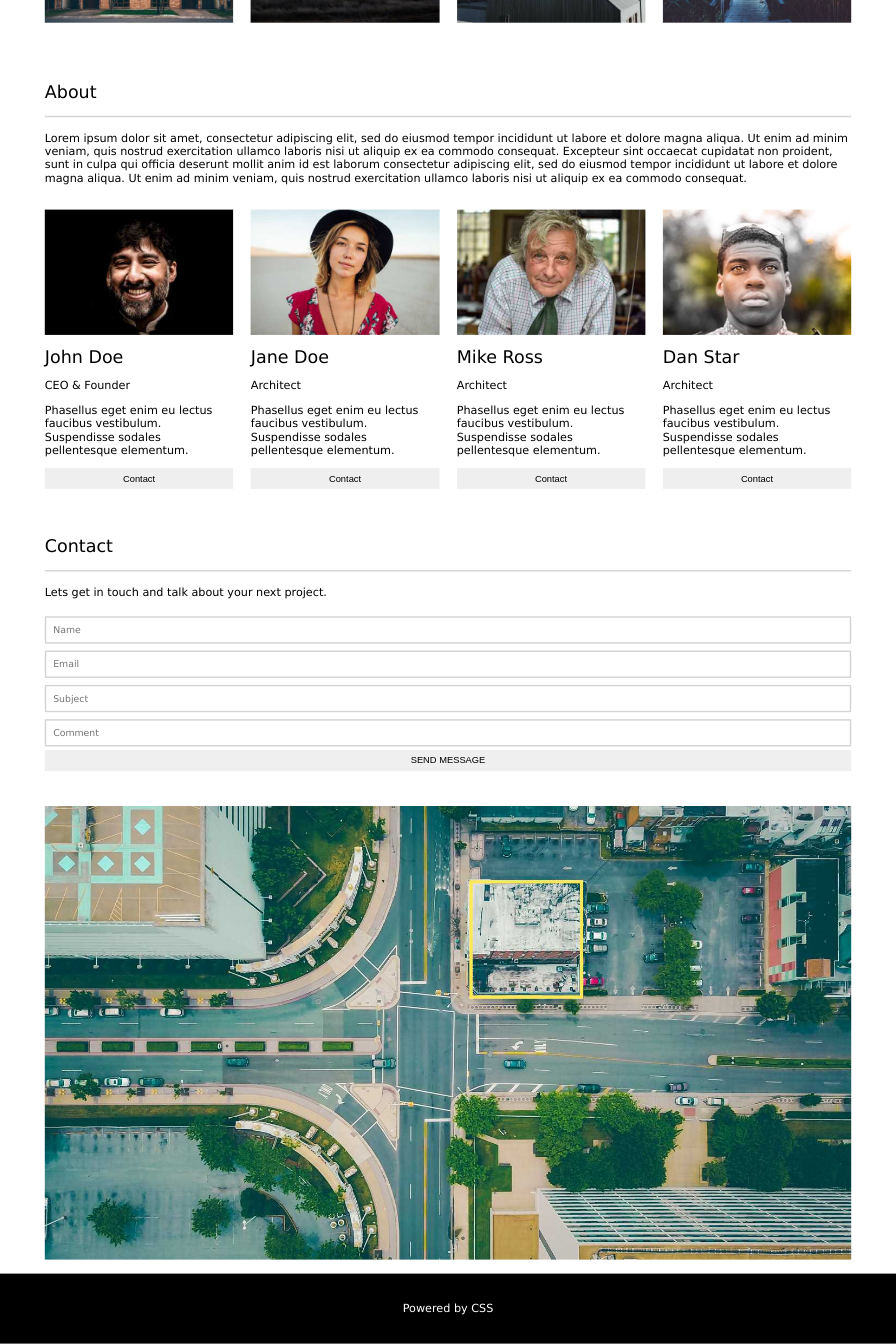
Repository: hesshess/clonecoding-assignment
Page: 2-ba-architects/template2.html
An editor plug-in stored every save of this project. The page is shown before and after the next save, followed by the edit.
The browser window is 1280 px wide. The pictures show the part of the page from y = 1138 to 3058 px (the page is 3058 px tall before and 3047 px after), at 70% of full size.

Above is the page before, as saved 2022-03-15 21:00:01.

After the next save:
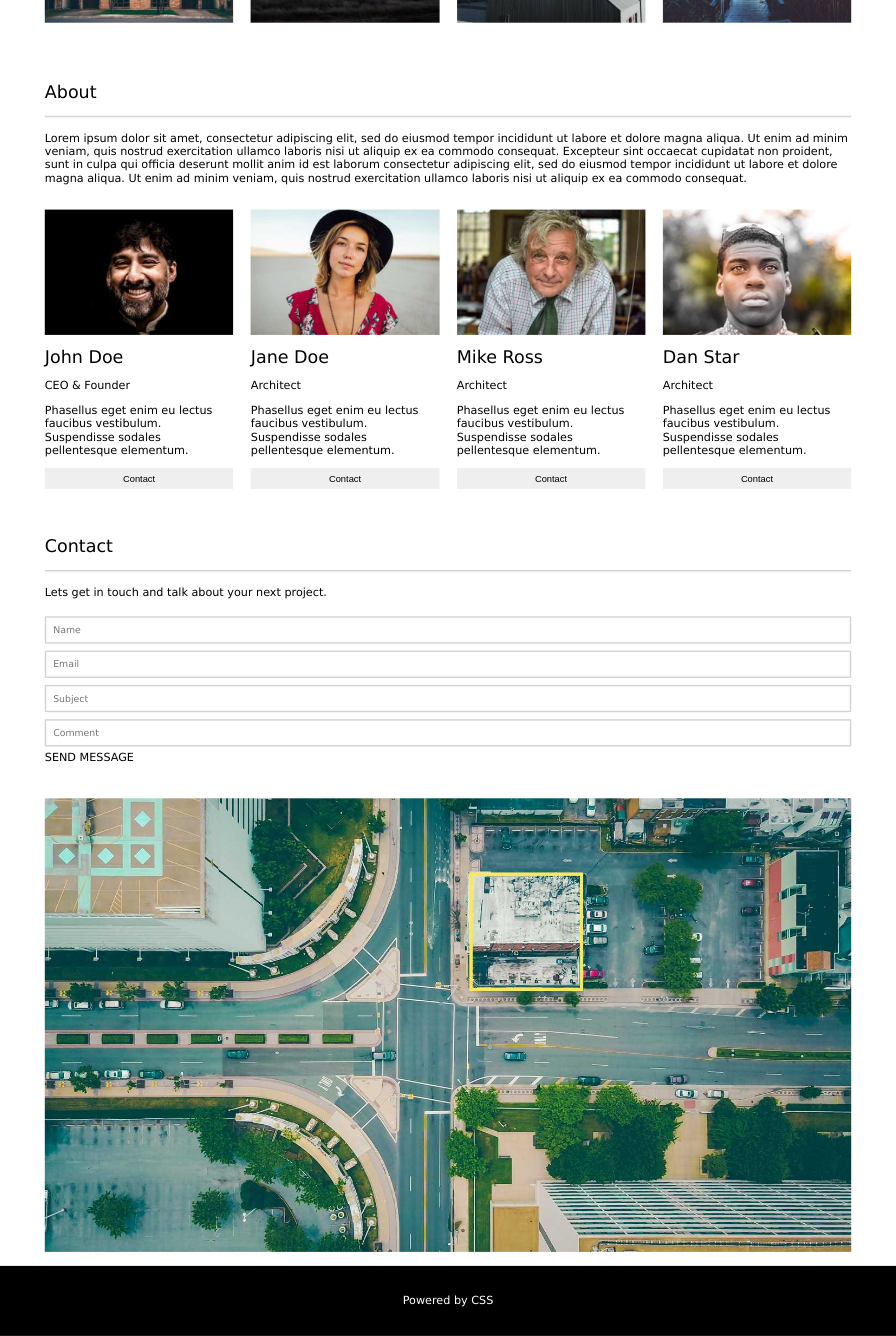
Saved 57 s later.
--- a/2-ba-architects/template2.html
+++ b/2-ba-architects/template2.html
@@ -139,7 +139,7 @@
           <input type="text" placeholder="Email" required name="Email" />
           <input type="text" placeholder="Subject" required name="Subject" />
           <input type="text" placeholder="Comment" required name="Comment" />
-          <button class="massage">SEND MESSAGE</button>
+          <div class="massage">SEND MESSAGE</div>
         </form>
       </section>
       <section id="map">

After the 2 saves that followed:
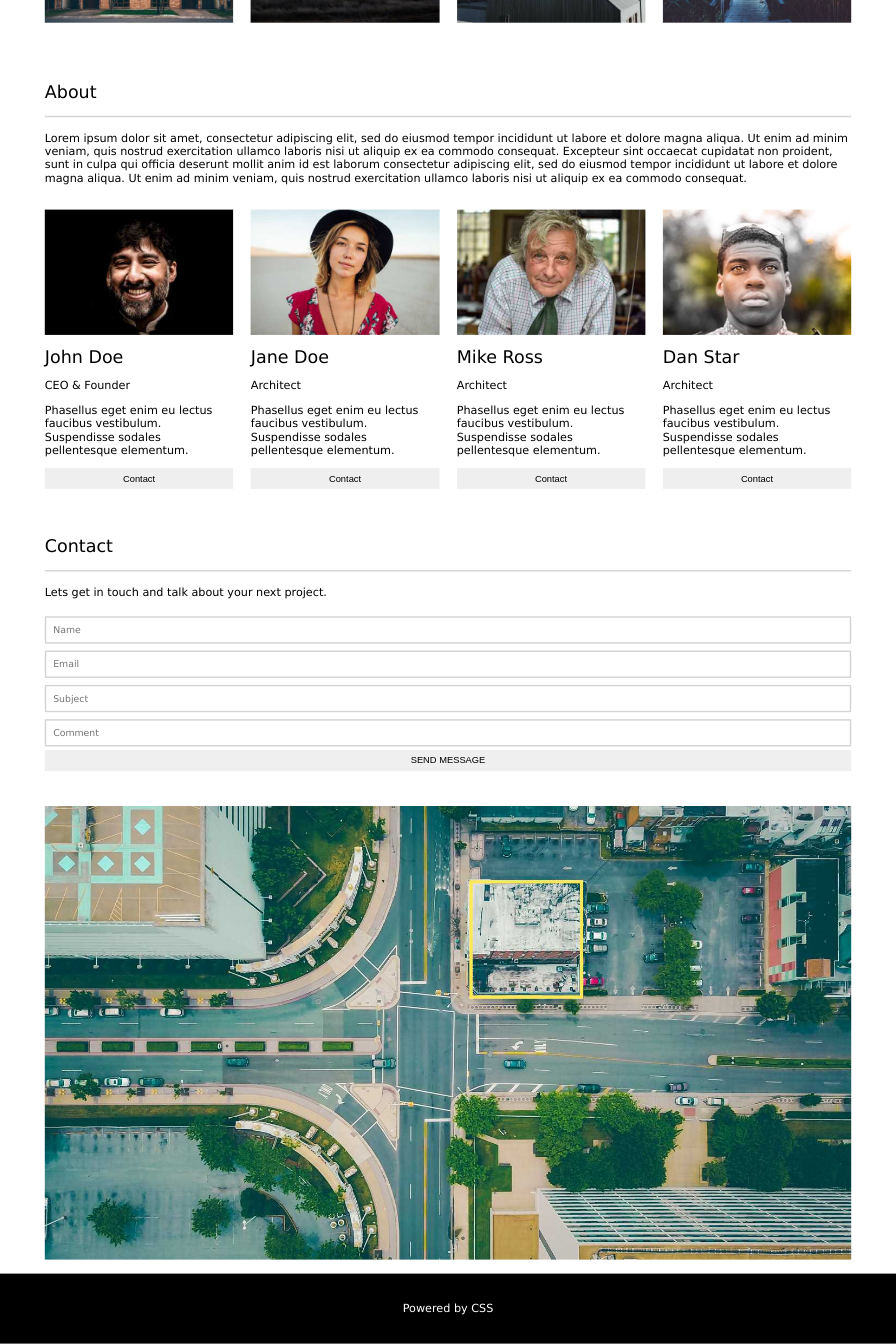
The 2 saves are shown as one change because 1 left the picture as it was.
The last was saved 46 s later.
--- a/2-ba-architects/template2.html
+++ b/2-ba-architects/template2.html
@@ -139,7 +139,7 @@
           <input type="text" placeholder="Email" required name="Email" />
           <input type="text" placeholder="Subject" required name="Subject" />
           <input type="text" placeholder="Comment" required name="Comment" />
-          <div class="massage">SEND MESSAGE</div>
+          <button class="massage">SEND MESSAGE</button>
         </form>
       </section>
       <section id="map">
--- a/2-ba-architects/template2.css
+++ b/2-ba-architects/template2.css
@@ -201,7 +201,7 @@ form {
   width: 90%;
   padding: 20px 0;
 }
-div.message {
+form div.message {
   width: 100px;
   background-color: black;
   color: white;
